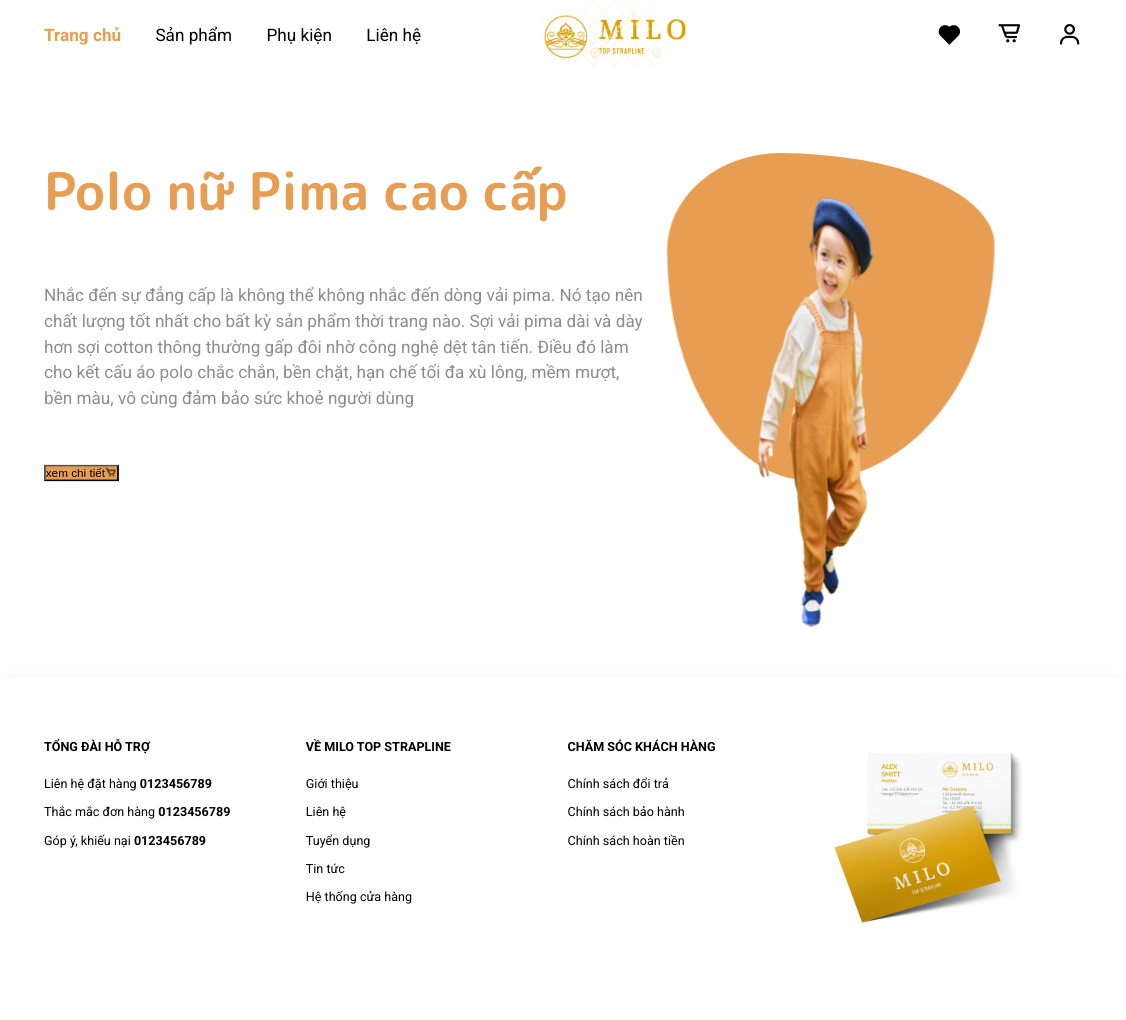
Repository: QuyHoang99k/shop
Page: /
The author's editor kept a copy of each file at every save. The page is drawn from the files as they stood at one save, then again after the next save.
The browser window is 1280 px wide. The pictures show the whole page, at 88% of full size.
The project was rebuilt for these pictures with package versions that can differ from the ones it lists, and the page was loaded fresh each time. Also part of the build but not shown: src/pages/Catalog.jsx, src/pages/Cart.jsx, src/pages/Product.jsx.

Above is the page before, as saved 2021-10-18 19:48:40.

After the next save:
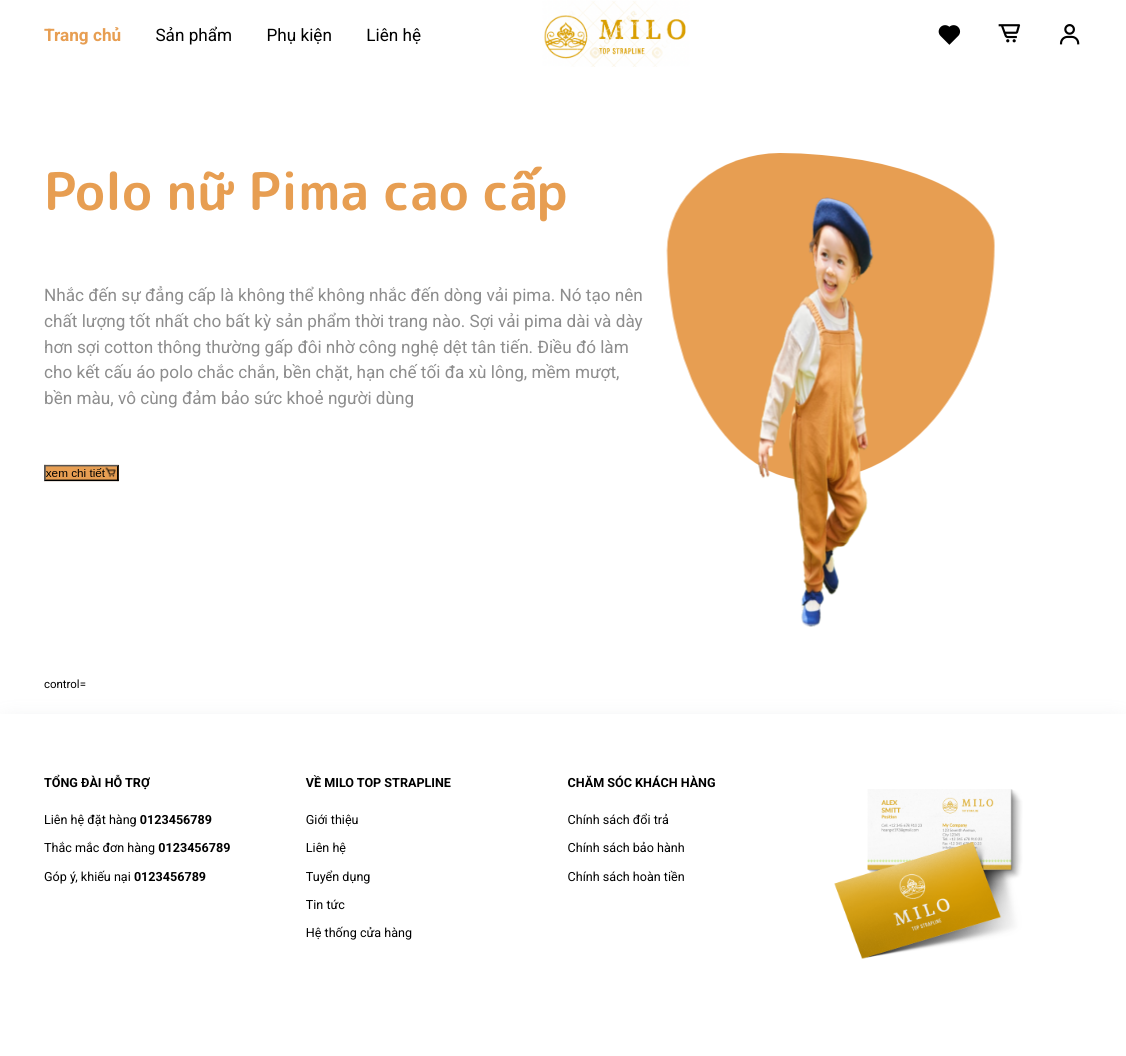
Saved 5 min 19 s later.
--- a/src/pages/Home.jsx
+++ b/src/pages/Home.jsx
@@ -8,6 +8,7 @@
     <Helmet title="Trang chủ">
       {/* slider */}
         <HeroSlider data={heroSliderData}/>
+        control={true}
       {/* end slider */}
     </Helmet>
   )

After the save that followed:
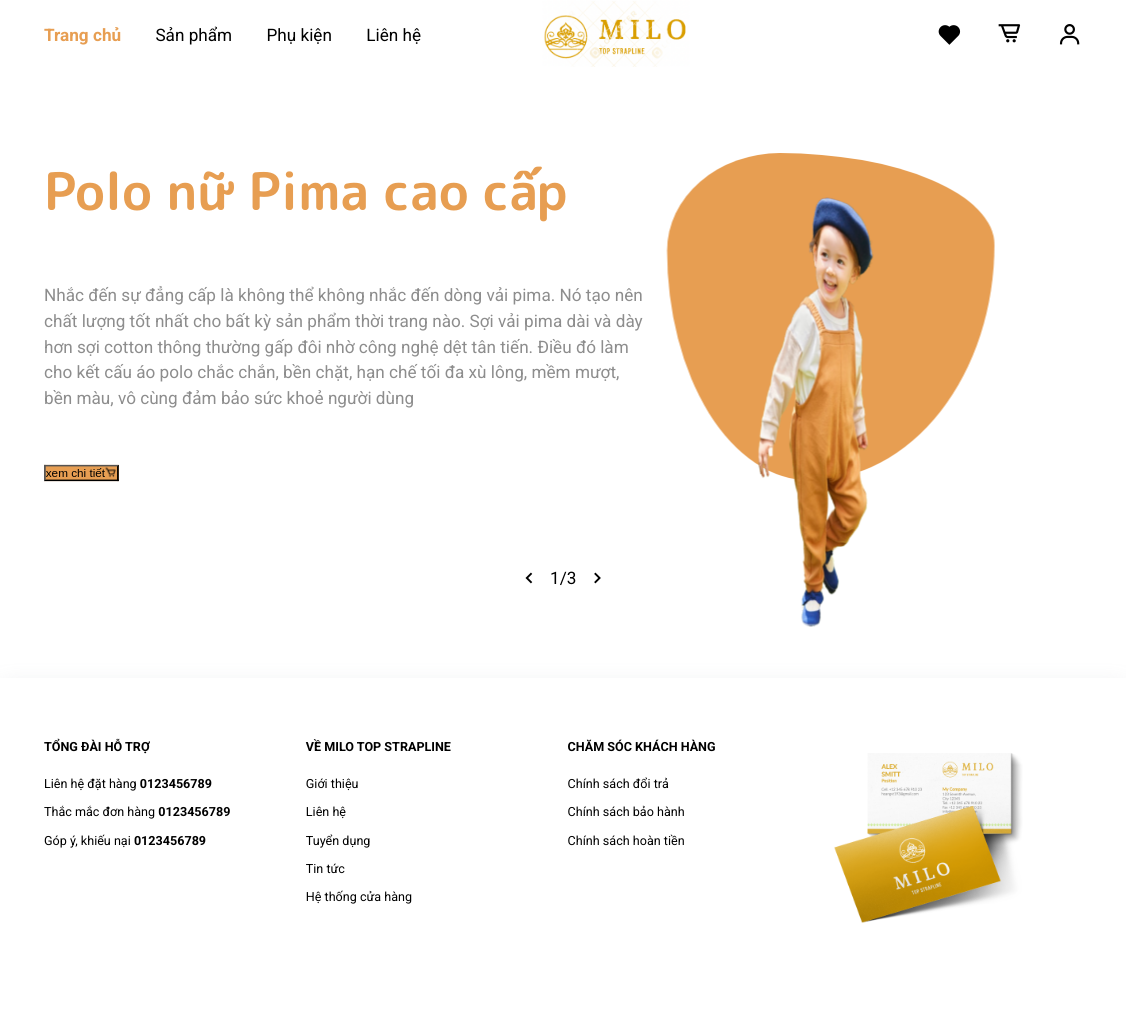
Saved 110 s later.
--- a/src/pages/Home.jsx
+++ b/src/pages/Home.jsx
@@ -7,8 +7,10 @@
   return (
     <Helmet title="Trang chủ">
       {/* slider */}
-        <HeroSlider data={heroSliderData}/>
+        <HeroSlider data={heroSliderData}
         control={true}
+        />
+
       {/* end slider */}
     </Helmet>
   )
